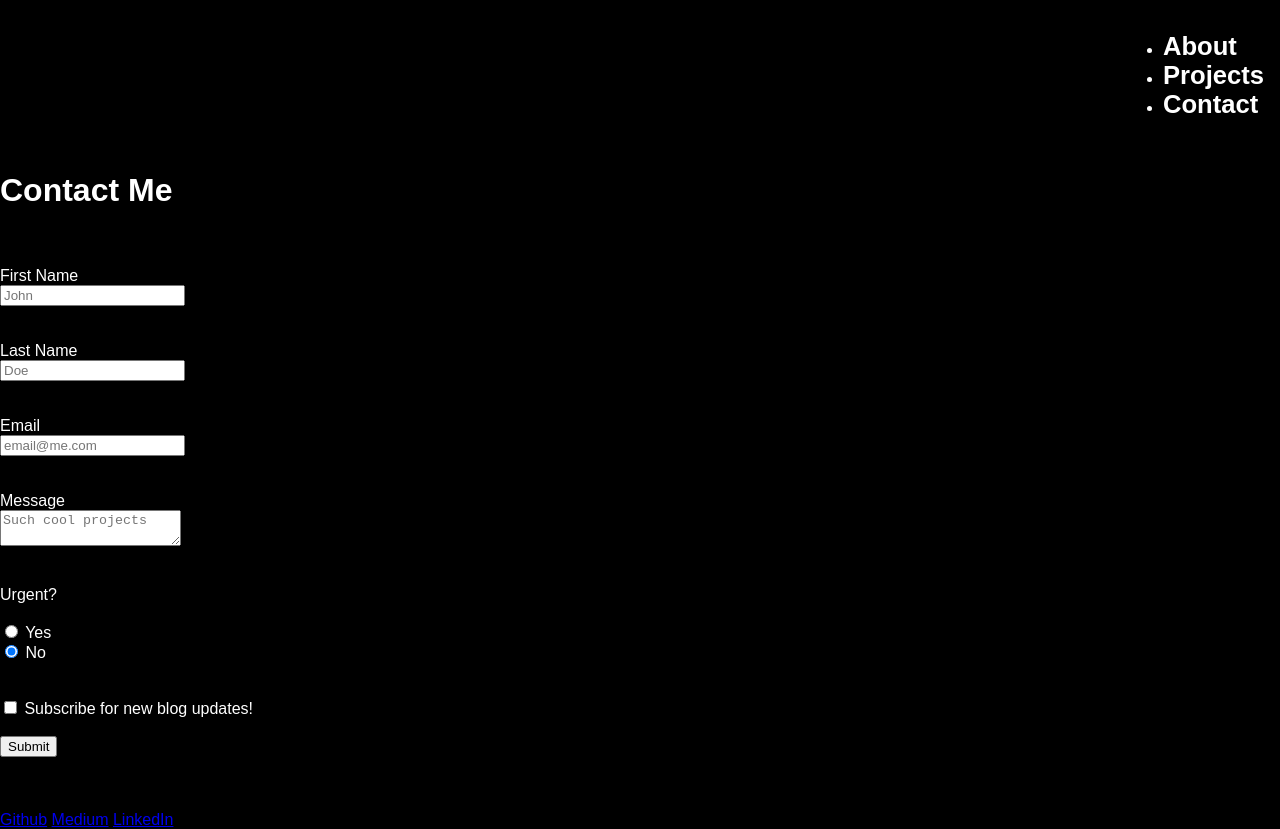
Repository: SamirIngley/html-semantic
Page: contact.html
The author's editor kept a copy of each file at every save. The page is drawn from the files as they stood at one save, then again after the next save.
The browser window is 1280 px wide. The pictures show the whole page.

Above is the page before, as saved 2020-01-29 23:09:12.

### contact.html
<!DOCTYPE html>
<html lang="en">
<head>
    <meta charset="UTF-8">
    <meta name="viewport" content="width=device-width, initial-scale=1.0">
    <meta http-equiv="X-UA-Compatible" content="ie=edge">
    <title>Samir Ingle</title>
    <link href="style.css" rel="stylesheet">
</head>
<body>
    <header>
        <nav>
            <ul>
                <li><a href="#">About</a></li>
                <li><a href="#">Projects</a></li>
                <li><a href="#">Contact</a></li>

                </ul>
        </nav>

    </header>


<h1>Contact Me</h1>
<br>
<br>

<form action="process.php" method="POST">
        <div>
            <label>First Name</label><br>
            <input type="text" name="firstName" placeholder="John">
        </div>
        <br>
        <br>

        <div>
            <label>Last Name</label><br>
            <input type="text" name="lastName" placeholder="Doe">
        </div>
        <br>
        <br>

        <div>
            <label>Email</label><br>
            <input type="email" name="email" placeholder="email@me.com">
        </div>
        <br>
        <br>
        <div>
            <label>Message</label><br>
            <textarea name="message" placeholder="Such cool projects"></textarea>
        </div>
        <br>
        <br>
        <div>

                Urgent?<br>
                <br>
            <label>
                <input type="radio" name="urgent" value="true">
                Yes
             </label><br>

                <label>
                     <input type="radio" name="urgent" value="false" checked>
                      No<br>
                </label>

        </div>
        <br>
        <br>
        <div>
            <label>
                <input type="checkbox" name="Subscribe for updates" value="subscribe"> Subscribe for new blog updates!<br>
            </label>
        </div>
        <br>
        <div>
            <input type="submit" name="submit" value="Submit">
        </div>
</form>
</body>
<br>
<br>


<footer>
    <br>
    <a href="https://github.com/SamirIngley">Github</a>
    <a href="https://medium.com/@SamirIngle">Medium</a>
    <a href="https://www.linkedin.com/in/samiringle/">LinkedIn</a>
</footer>

</html>

### style.css
* {
    box-sizing: border-box;
}

body {
    margin: 0;
    background-color:black;
    color: white;
    font-family: Sans-serif;
  }

nav {
    background-color: rgba(215, 176, 251, 0);
    font-weight:bold;
  }


nav a {
    color: white;
    text-align: center;
    font-size: 2vw;
    text-decoration: none;
}
nav a:hover{
    color: lime;

}
nav a.active {
    background-color: orange;
    color: purple;
}


nav {
    display: flex;
    justify-content: flex-end;
    list-style: none;
}

nav {
    padding: 1em;
}


<style>
body {
  margin: 0;
  font-family: Arial, Helvetica, sans-serif;
}

.topnav {
  overflow: hidden;
  background-color: #333;
}

.topnav a {
  float: right;
  color: #f2f2f2;
  text-align: center;
  padding: 14px 16px;
  text-decoration: none;
  font-size: 17px;
}

.topnav a:hover {
  background-color: #ddd;
  color: black;
}

.topnav a.active {
  background-color: #4CAF50;
  color: white;
}

.dropbtn {
  background-color: rgb(0, 0, 0);
  color: white;
  padding: 16px;
  font-size: 2em;
  border: none;
  cursor: pointer;
}

.dropdown {
  position: relative;
  display: inline-block;
}

.dropdown-content {
  display: none;
  position: absolute;
  right: 0;
  background-color: #000000;
  min-width: 160px;
  box-shadow: 0px 8px 16px 0px rgba(0,0,0,0.2);
  z-index: 1;
}

.dropdown-content a {
  color: white;
  padding: 12px 16px;
  text-decoration: none;
  display: block;
}

.dropdown-content a:hover {background-color: #000000;}
.dropdown:hover .dropdown-content {display: block;}
.dropdown:hover .dropbtn {background-color: #000000;}




</style>
</head>
<body>

After the next save:
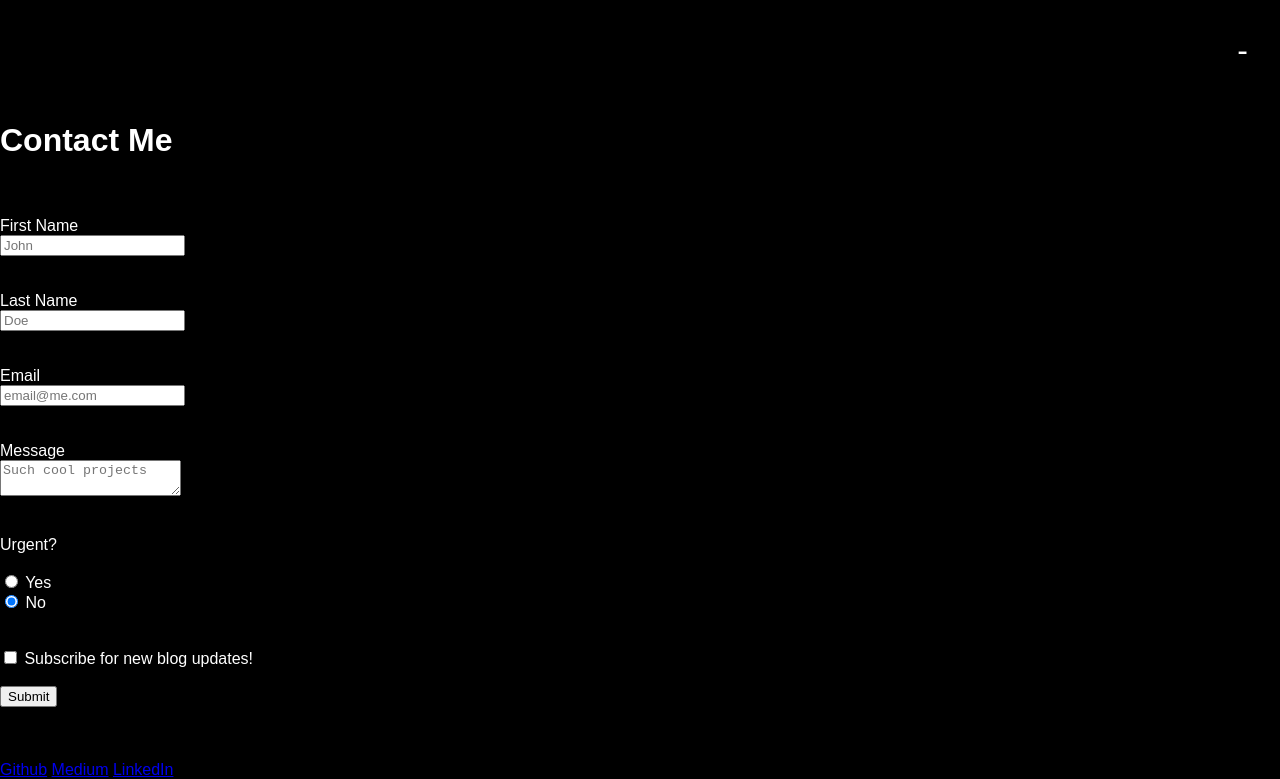
Saved 5 min 2 s later.
--- a/contact.html
+++ b/contact.html
@@ -10,12 +10,14 @@
 <body>
     <header>
         <nav>
-            <ul>
-                <li><a href="#">About</a></li>
-                <li><a href="#">Projects</a></li>
-                <li><a href="#">Contact</a></li>
-
-                </ul>
+            <div class='dropdown'>
+                    <button class='dropbtn'>-</button>
+                    <div class="dropdown-content">
+                        <a href="#">About</a>
+                        <a href="#">Projects</a>
+                        <a href="#">Contact</a>
+                    </div>
+            </div>
         </nav>
 
     </header>
